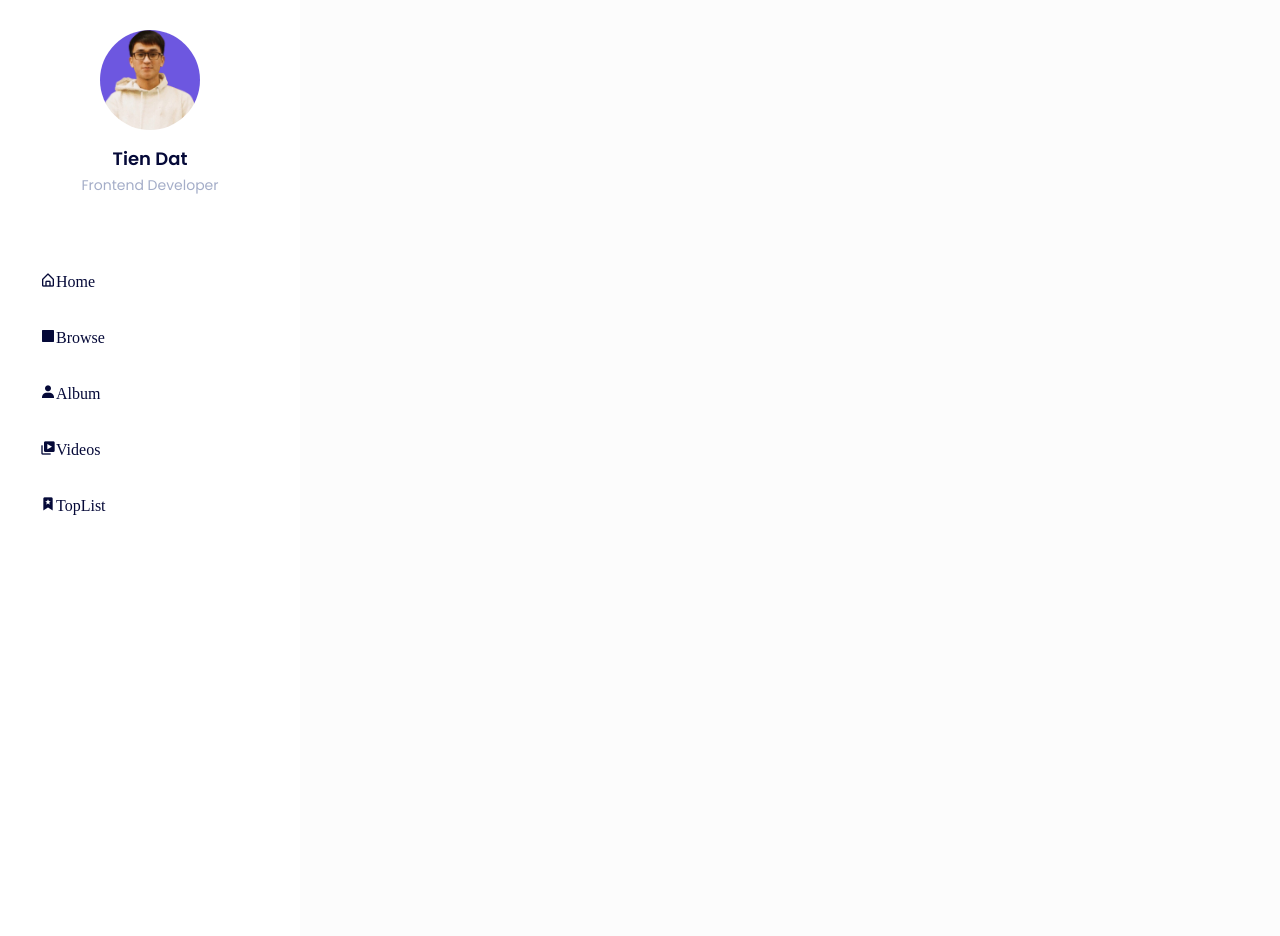
Repository: Datt21/music-webapp
Page: index.html
These files come from the project's save history. The page is drawn as it stood at one moment and after the next save; the edit follows.
The browser window is 1280 px wide. The pictures show the whole page.
The style sheet was rebuilt from its Sass, Less or Tailwind sources for each picture, by a compiler version that may differ from the author's.

Above is the page before, as saved 2021-09-05 04:53:31.

### index.html
<!DOCTYPE html>
<html lang="en">
<head>
    <meta charset="UTF-8">
    <meta http-equiv="X-UA-Compatible" content="IE=edge">
    <meta name="viewport" content="width=device-width, initial-scale=1.0">
    <title>Music App</title>
    <!--------------- Icon ------------------->
    <link href='https://unpkg.com/boxicons@2.0.9/css/boxicons.min.css' rel='stylesheet'>

    <!-------------- Fonts ------------------>
    <link rel="preconnect" href="https://fonts.gstatic.com" />
    <link
      href="https://fonts.googleapis.com/css2?family=Poppins:wght@300;400;600;700&display=swap"
      rel="stylesheet"
    />

    <!--------------- Css -------------------->
    <link rel="stylesheet" href="./app.css">

</head>
<body>
    <div class="wrapper">
        <div class="sidebar">
            <div class="profile">
                <img src="./images/img-me.jpg" alt="" class="profile-avatar">
                <h3 class="profile-name">Tien Dat</h3>
                <span class="profile-position">Frontend Developer</span>
            </div>

            <ul class="menu">
                <li class="menu-item">
                    <a href="#" class="menu-link">
                        <i class='bx bx-home-alt' class="menu-icon"><span>Home</span></i>
                    </a>
                </li>
                <li class="menu-item">
                    <a href="#" class="menu-link">
                        <i class='bx bxs-square' class="menu-icon"><span>Browse</span></i>
                    </a>
                </li>
                <li class="menu-item">
                    <a href="#" class="menu-link">
                        <i class='bx bxs-user' class="menu-icon"><span>Album</span></i>
                    </a>
                </li>
                <li class="menu-item">
                    <a href="#" class="menu-link">
                        <i class='bx bxs-videos' class="menu-icon"><span>Videos</span></i>
                    </a>
                </li>
                <li class="menu-item">
                    <a href="#" class="menu-link">
                        <i class='bx bxs-bookmark-star' class="menu-icon"><span>TopList</span></i>
                    </a>
                </li>
            </ul>
        </div>
    </div>


    <!--========= JS =======-->
    <script src="./app.js"></script>
</body>
</html>

### app.scss
$gray: #050938;
$gray-light: #a4adc8;
$primary: #2b48d9;
$orange: #fb612c;
$red: #fc2872;

html {
    box-sizing: border-box;
}

* {
    margin: 0;
    padding: 0;
}

*,
*:before,
*:after {
    box-sizing: border-box;
}

input,
textarea,
select,
button {
    outline: none;
    font-family: "Poppins", sans-serif;
    font-size: 14px;
    line-height: normal;
}

label,
button {
    cursor: pointer;
}

a {
    text-decoration: none;
}

img {
    display: block;
    max-width: 100%;
}

ul {
    list-style: none;
}

body {
    font-family: "Poppins", sans-serif;
    font-size: 14px;
    line-height: 1;
    background-color: white;
    color: $gray-light;
    -webkit-font-smoothing: antialiased;
    -moz-osx-font-smoothing: grayscale;
    max-width: 1920px;
    margin: 0 auto;
}

.wrapper {
    display: grid;
    grid-template-columns: 300px 1fr;
    grid-gap: 0;
    background-color: #fcfcfc;
    min-height: 130vh;
}

.sidebar {
    padding: 30px;
    background-color: white;
}

.profile {
    text-align: center;
    margin-bottom: 70px;
    &-avatar {
        width: 100px;
        height: 100px;
        border-radius: 100rem;
        object-fit: cover;
        margin: 0 auto 20px;
        box-shadow: rgba(100, 100, 111, 0.2);
    }
    &-name {
        font-weight: 600;
        font-size: 18px;
        color: $gray;
        margin-bottom: 10px;
    }
}

.menu {
    &-item {
        margin-bottom: 20px;
    }
    &-link {
        display: flex;
        align-items: center;
        padding: 10px;
        color: $gray;
        font-size: 16px;
    }
    &-link:hover {
        color: $primary;
    }
    &-icon {
        width: 20px;
        padding-right: 15px;
    }
}

Loaded but not shown: app.js (no copy from this time; the picture is the same without it)

After the next save:
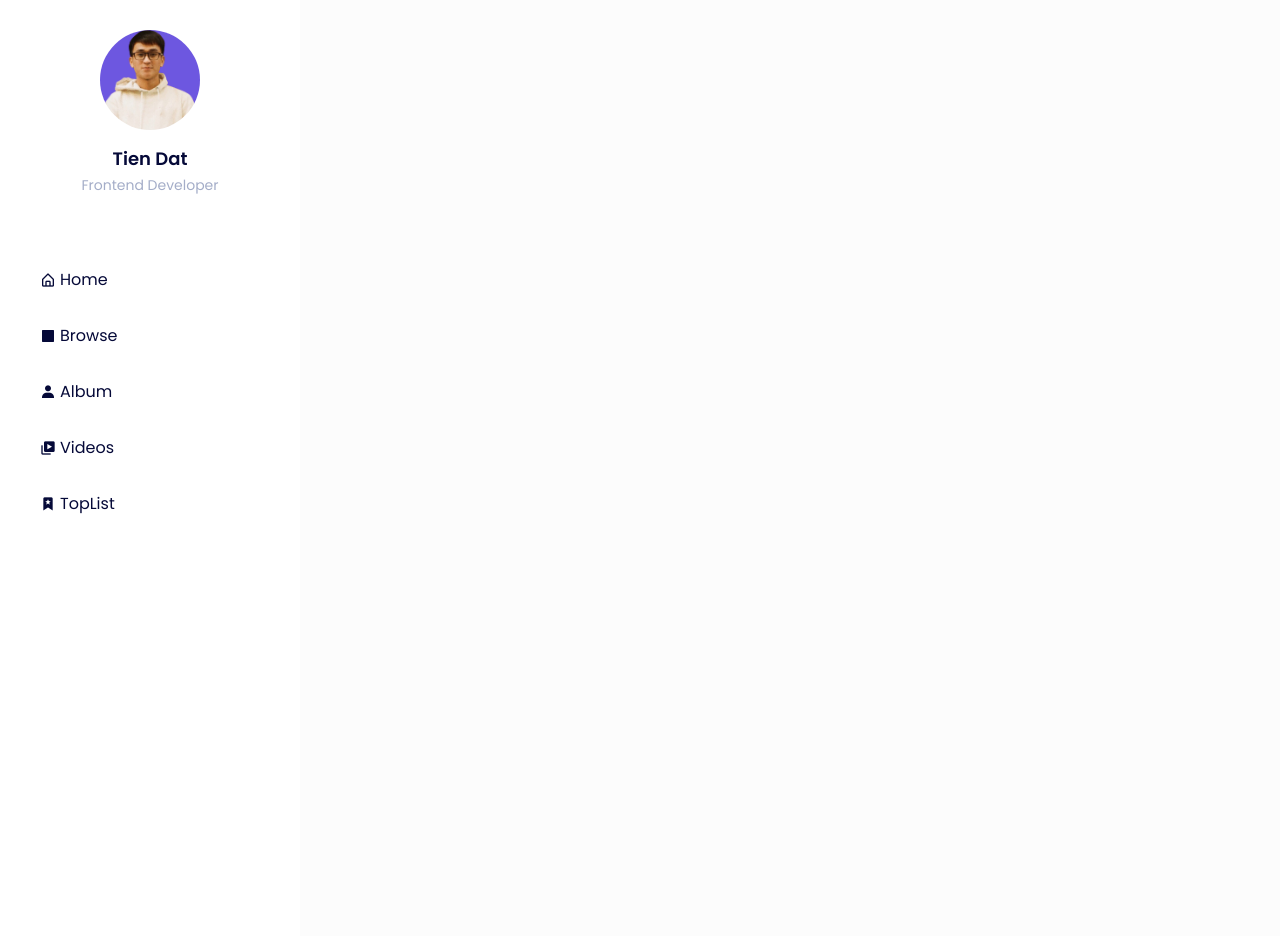
Saved 4 min 6 s later.
--- a/index.html
+++ b/index.html
@@ -31,27 +31,27 @@
             <ul class="menu">
                 <li class="menu-item">
                     <a href="#" class="menu-link">
-                        <i class='bx bx-home-alt' class="menu-icon"><span>Home</span></i>
+                        <i class='bx bx-home-alt menu-icon'></i><span>Home</span>
                     </a>
                 </li>
                 <li class="menu-item">
                     <a href="#" class="menu-link">
-                        <i class='bx bxs-square' class="menu-icon"><span>Browse</span></i>
+                        <i class='bx bxs-square menu-icon'></i><span>Browse</span>
                     </a>
                 </li>
                 <li class="menu-item">
                     <a href="#" class="menu-link">
-                        <i class='bx bxs-user' class="menu-icon"><span>Album</span></i>
+                        <i class='bx bxs-user menu-icon'></i><span>Album</span>
                     </a>
                 </li>
                 <li class="menu-item">
                     <a href="#" class="menu-link">
-                        <i class='bx bxs-videos' class="menu-icon"><span>Videos</span></i>
+                        <i class='bx bxs-videos menu-icon'></i><span>Videos</span>
                     </a>
                 </li>
                 <li class="menu-item">
                     <a href="#" class="menu-link">
-                        <i class='bx bxs-bookmark-star' class="menu-icon"><span>TopList</span></i>
+                        <i class='bx bxs-bookmark-star menu-icon'></i><span>TopList</span>
                     </a>
                 </li>
             </ul>
